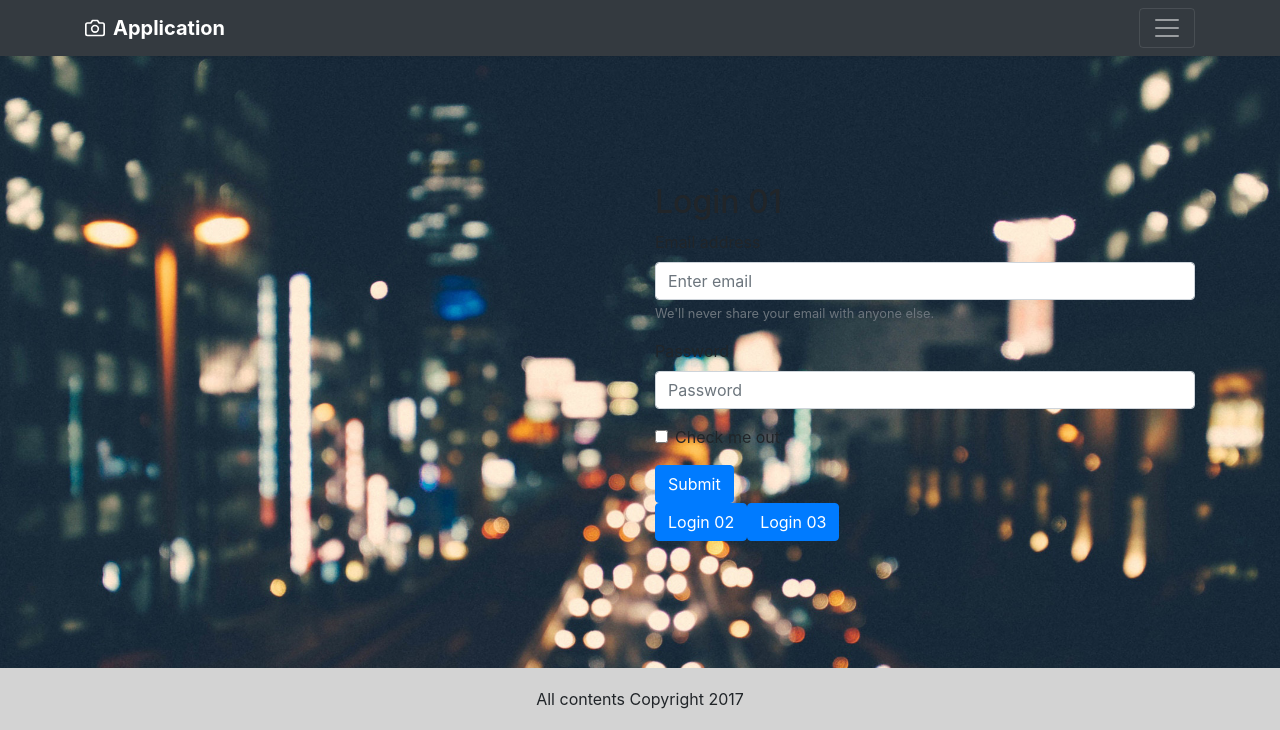
Repository: bijoysen/angular7-landing-login
Page: /
The author's editor kept a copy of each file at every save. The page is drawn from the files as they stood at one save, then again after the next save.
The browser window is 1280 px wide. The pictures show the whole page.
The project was rebuilt for these pictures with package versions that can differ from the ones it lists, and the page was loaded fresh each time. Also part of the build but not shown: angular.json, src/app/pre/landing/landing.component.ts, src/app/pre/login-two/login-two.component.ts, src/app/pre/login-three/login-three.component.ts.

Above is the page before, as saved 2018-12-17 19:28:27.

After the next save:
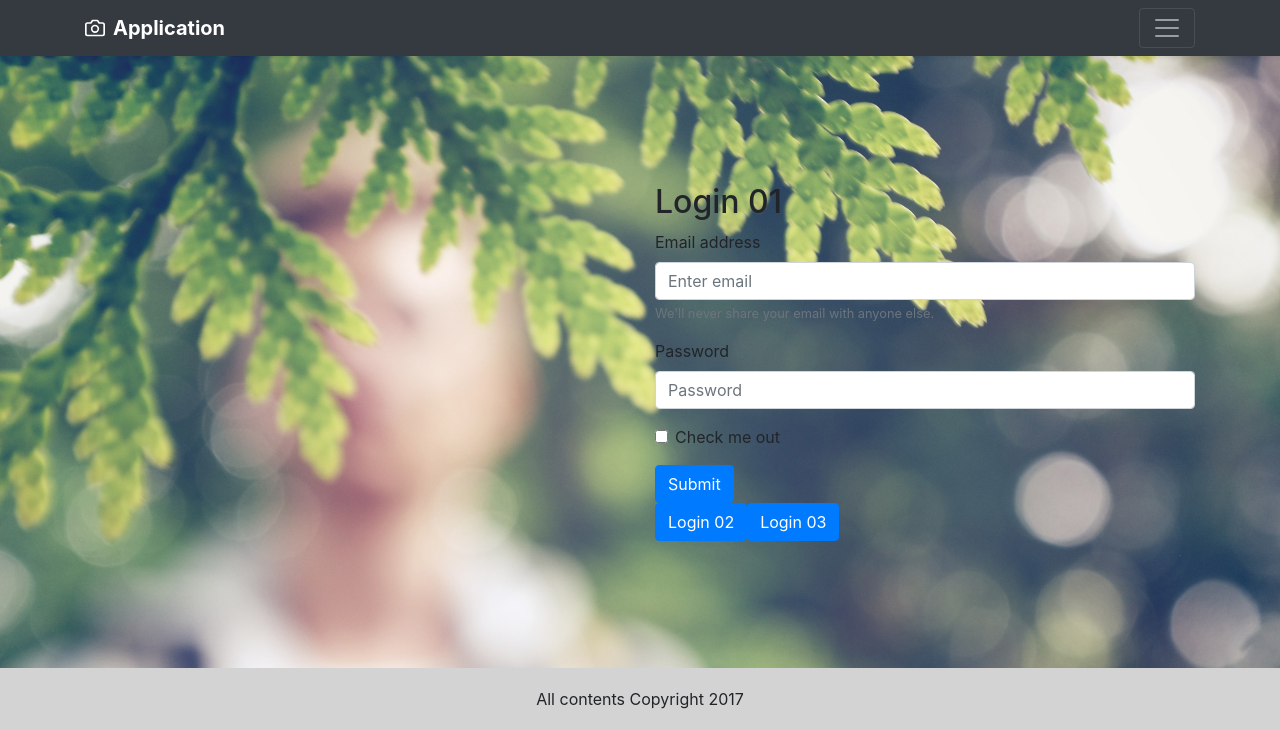
Saved 10 s later.
--- a/src/app/pre/login-one/login-one.component.html
+++ b/src/app/pre/login-one/login-one.component.html
@@ -1,5 +1,5 @@
 <!-- Common Part Start -->
-<section class="pageContent" style="background-image: url('assets/images/04.jpg')">
+<section class="pageContent" style="background-image: url('assets/images/05.jpg')">
 	<div class="container">
 		<div class="row align-items-center">
 			<div class="col-md-6"></div>
